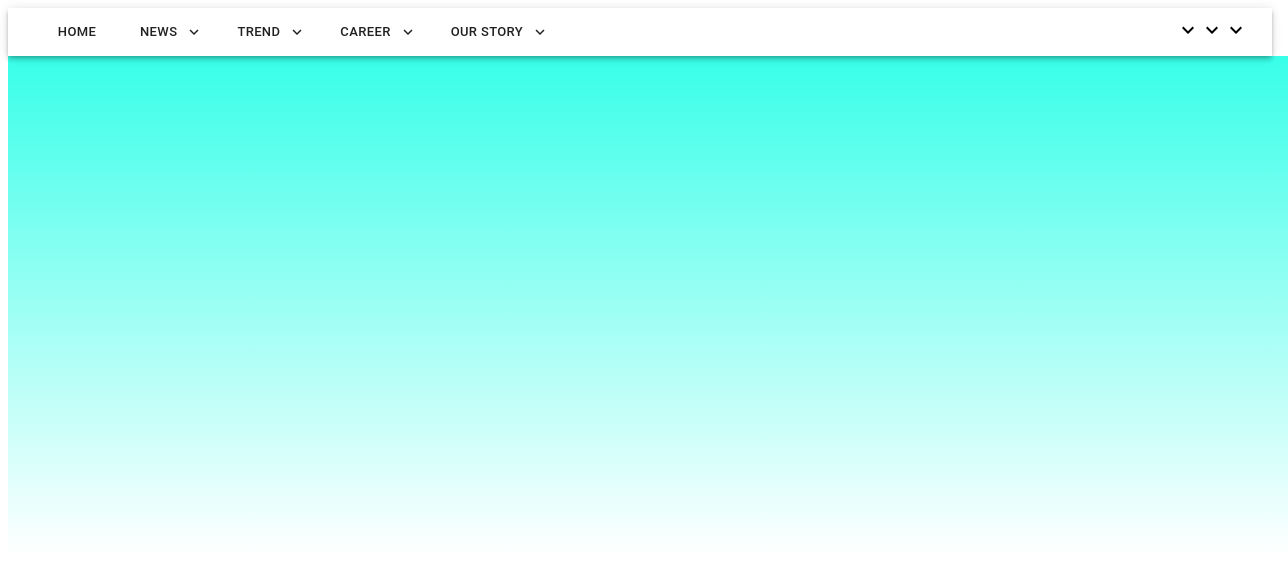
Repository: menamerai/fixi-vn-alpha
Page: /
The author's editor kept a copy of each file at every save. The page is drawn from the files as they stood at one save, then again after the next save.
The browser window is 1280 px wide. The page is 1288 px wide, so the pictures cover 1288 px, including what lies to the right of the window. The pictures show the whole page.
The project was rebuilt for these pictures with package versions that can differ from the ones it lists, and the page was loaded fresh each time. Also part of the build but not shown: src/App.css.

Above is the page before, as saved 2020-09-23 21:50:10.

### src/App.js
import React from 'react';
import NavBar from './components/NavBar';
import HomePage from './components/HomePage';
import './css/App.css';
import { BrowserRouter, Route } from 'react-router-dom';

function App() {
  return (
    <BrowserRouter>
      <div className="app">
        <NavBar />
        <Route exact path="/">
          <HomePage />
        </Route>
      </div>
    </BrowserRouter>
  );
}

export default App;

### src/components/NavBar.jsx
import React from "react";
import {
  AppBar,
  Toolbar,
  Button,
  Menu,
  MenuItem,
  Box,
} from "@material-ui/core";
import ExpandMoreIcon from "@material-ui/icons/ExpandMore";
import { useHistory } from "react-router-dom";
import '../css/NavBar.css';

const NavBar = () => {
  const history = useHistory();
  // Add menu anchors (?)
  const [anchor, setAnchor] = React.useState({
    news: null,
    trend: null,
    career: null,
    story: null,
  });

  const handleClose = (event) => {
    setAnchor({
      news: null,
      trend: null,
      career: null,
      story: null,
    });
    // console.log(event.currentTarget.id.match(/-[\s\S]+/gi));
    const btnClicked = event.currentTarget.id.match(/(?<=-)([\s\S]+)/g);
    if (btnClicked) {
      history.push("/" + btnClicked[0]);
    }
  };

  const handleClick = (event) => {
    switch (event.currentTarget.id) {
      case "news-btn":
        setAnchor({ news: event.currentTarget });
        break;
      case "trend-btn":
        setAnchor({ trend: event.currentTarget });
        break;
      case "career-btn":
        setAnchor({ career: event.currentTarget });
        break;
      case "story-btn":
        setAnchor({ story: event.currentTarget });
        break;
      default:
        console.log("none detected.");
        break;
    }
  };

  const styles = {
    button: {
      marginLeft: "1em",
      marginRight: "1em",
    },
  };

  return (
    <AppBar position="sticky" color="transparent">
      <Toolbar variant="dense" id="navbar" component="nav">
        <Box className="buttons">
          <Button
            size="small"
            style={styles.button}
            onClick={() => history.push("/")}
          >
            Home
          </Button>
          <Button
            endIcon={<ExpandMoreIcon />}
            size="small"
            style={styles.button}
            onClick={handleClick}
            aria-controls="news-menu"
            aria-haspopup="true"
            id="news-btn"
          >
            News
          </Button>
          <Menu
            id="news-menu"
            anchorEl={anchor.news}
            open={Boolean(anchor.news)}
            onClose={handleClose}
            getContentAnchorEl={null}
            anchorOrigin={{ vertical: "bottom", horizontal: "center" }}
            transformOrigin={{ vertical: "top", horizontal: "center" }}
          >
            <MenuItem id="news-news1" onClick={handleClose}>
              News1
            </MenuItem>
            <MenuItem id="news-news2" onClick={handleClose}>
              News2
            </MenuItem>
          </Menu>
          <Button
            endIcon={<ExpandMoreIcon />}
            size="small"
            style={styles.button}
            onClick={handleClick}
            aria-controls="trend-menu"
            aria-haspopup="true"
            id="trend-btn"
          >
            Trend
          </Button>
          <Menu
            id="trend-menu"
            anchorEl={anchor.trend}
            open={Boolean(anchor.trend)}
            onClose={handleClose}
            getContentAnchorEl={null}
            anchorOrigin={{ vertical: "bottom", horizontal: "center" }}
            transformOrigin={{ vertical: "top", horizontal: "center" }}
          >
            <MenuItem id="trend-trend1" onClick={handleClose}>
              Trend1
            </MenuItem>
            <MenuItem id="trend-trend2" onClick={handleClose}>
              Trend2
            </MenuItem>
          </Menu>
          <Button
            endIcon={<ExpandMoreIcon />}
            size="small"
            style={styles.button}
            onClick={handleClick}
            aria-controls="career-menu"
            aria-haspopup="true"
            id="career-btn"
          >
            Career
          </Button>
          <Menu
            id="career-menu"
            anchorEl={anchor.career}
            open={Boolean(anchor.career)}
            onClose={handleClose}
            getContentAnchorEl={null}
            anchorOrigin={{ vertical: "bottom", horizontal: "center" }}
            transformOrigin={{ vertical: "top", horizontal: "center" }}
          >
            <MenuItem id="career-career1" onClick={handleClose}>
              Career1
            </MenuItem>
            <MenuItem id="career-career2" onClick={handleClose}>
              Career2
            </MenuItem>
          </Menu>
          <Button
            endIcon={<ExpandMoreIcon />}
            size="small"
            style={styles.button}
            aria-controls="story-menu"
            aria-haspopup="true"
            onClick={handleClick}
            id="story-btn"
          >
            Our Story
          </Button>
          <Menu
            id="story-menu"
            anchorEl={anchor.story}
            open={Boolean(anchor.story)}
            onClose={handleClose}
            getContentAnchorEl={null}
            anchorOrigin={{ vertical: "bottom", horizontal: "center" }}
            transformOrigin={{ vertical: "top", horizontal: "center" }}
          >
            <MenuItem id="story-story1" onClick={handleClose}>
              Story1
            </MenuItem>
            <MenuItem id="story-story2" onClick={handleClose}>
              Story2
            </MenuItem>
          </Menu>
        </Box>
        <Box classname="icons">
          <ExpandMoreIcon />
          <ExpandMoreIcon />
          <ExpandMoreIcon />
        </Box>
      </Toolbar>
    </AppBar>
  );
};

export default NavBar;

### src/components/HomePage.jsx
import React from "react";
import { Typography, Box } from "@material-ui/core";
import '../css/HomePage.css';

const palette = {
  cyan: "#8AFFF2",
  white: "#FFFFFF",
};

const HomePage = () => {
  return (
    <Box id="home">

    </Box>
  );
};

export default HomePage;

### src/css/NavBar.css
#navbar {
    display: flex;
    flex-direction: row;
    justify-content: space-between;
    align-items: center;
}

### src/css/HomePage.css
#home {
    width: 100vw;
    height: 500px;
    background: rgb(255,255,255);
    background: linear-gradient(0deg, rgba(255,255,255,1) 0%, rgba(56,255,233,1) 100%);
}

Loaded but not shown: public/index.html (common file); src/index.js (common file); src/serviceWorker.js (common file)

After the next save:
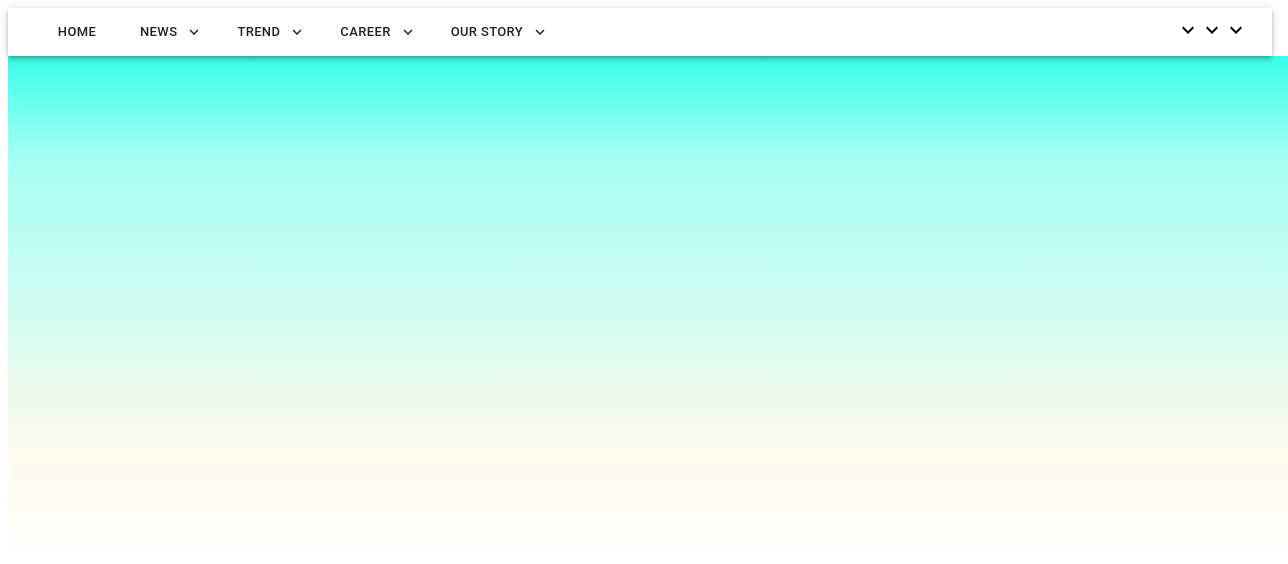
Saved 5 min 0 s later.
--- a/src/css/HomePage.css
+++ b/src/css/HomePage.css
@@ -2,5 +2,5 @@
     width: 100vw;
     height: 500px;
     background: rgb(255,255,255);
-    background: linear-gradient(0deg, rgba(255,255,255,1) 0%, rgba(56,255,233,1) 100%);
+    background: linear-gradient(0deg, rgba(255,255,255,1) 0%, rgba(255,250,237,1) 20%, rgba(163,255,245,1) 80%, rgba(56,255,233,1) 100%);
 }
